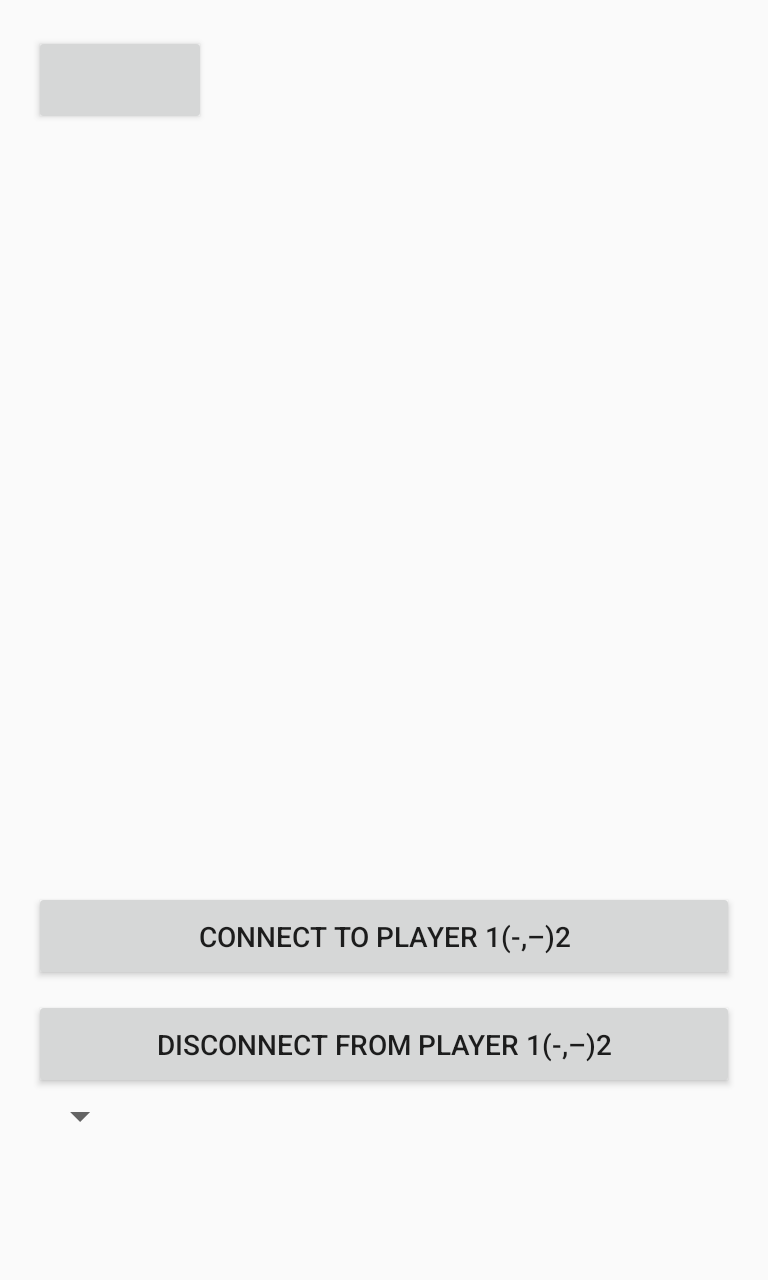
Repository: BananaGames/telecommProject
Layout: client/TelecommClient/res/layout/activity_main.xml
An editor plug-in stored every save of this project. The layout is shown before and after the next save, followed by the edit.
It is drawn on a 768 x 1280 px phone screen (xhdpi) without system bars, with theme AppTheme; the app's code is not run. Lists and similar views that code fills are empty.

Above is the layout before, as saved 2014-11-17 23:40:54.

After the next save:
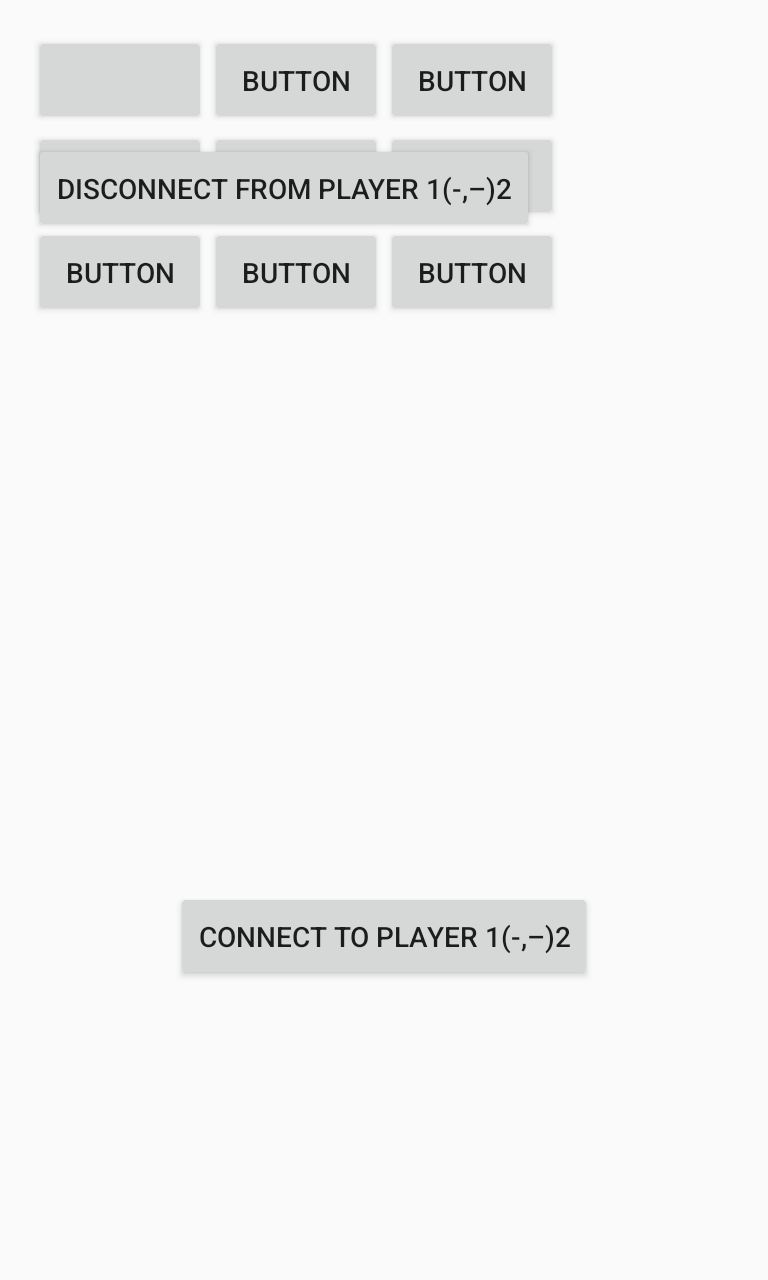
Saved 5 min 48 s later.
--- a/client/TelecommClient/res/layout/activity_main.xml
+++ b/client/TelecommClient/res/layout/activity_main.xml
@@ -8,28 +8,12 @@
     android:paddingTop="@dimen/activity_vertical_margin"
     tools:context="com.example.telecommclient.MainActivity" >
 
-    <GridView
-        android:id="@+id/gridView"
-        android:layout_width="match_parent"
+    <Button
+        android:id="@+id/buttonConnect"
+        android:layout_width="wrap_content"
         android:layout_height="wrap_content"
         android:layout_alignParentBottom="true"
         android:layout_centerHorizontal="true"
-        android:layout_marginBottom="200dp"
-        android:numColumns="3" >
-    </GridView>
-
-    <Button
-        android:id="@+id/buttonTopLeft"
-        android:layout_width="wrap_content"
-        android:layout_height="wrap_content" />
-
-    <Button
-        android:id="@+id/button1"
-        android:layout_width="wrap_content"
-        android:layout_height="wrap_content"
-        android:layout_alignLeft="@+id/gridView"
-        android:layout_alignParentBottom="true"
-        android:layout_alignRight="@+id/gridView"
         android:layout_marginBottom="132dp"
         android:text="@string/connect_string" />
 
@@ -50,4 +34,86 @@
         android:layout_alignLeft="@+id/button2"
         android:layout_below="@+id/button2" />
 
+    <TableLayout
+        android:layout_width="wrap_content"
+        android:layout_height="wrap_content"
+        android:layout_above="@+id/button1"
+        android:layout_alignParentLeft="true"
+        android:layout_marginBottom="156dp" >
+
+        <TableRow
+            android:id="@+id/tableRow1"
+            android:layout_width="wrap_content"
+            android:layout_height="wrap_content" >
+
+            <Button
+                android:id="@+id/buttonTopLeft"
+                android:layout_width="wrap_content"
+                android:layout_height="wrap_content" />
+
+            <Button
+                android:id="@+id/button4"
+                android:layout_width="wrap_content"
+                android:layout_height="wrap_content"
+                android:text="Button" />
+
+            <Button
+                android:id="@+id/button5"
+                android:layout_width="wrap_content"
+                android:layout_height="wrap_content"
+                android:text="Button" />
+
+        </TableRow>
+
+        <TableRow
+            android:id="@+id/tableRow2"
+            android:layout_width="wrap_content"
+            android:layout_height="wrap_content" >
+
+            <Button
+                android:id="@+id/button6"
+                android:layout_width="wrap_content"
+                android:layout_height="wrap_content"
+                android:text="Button" />
+
+            <Button
+                android:id="@+id/button7"
+                android:layout_width="wrap_content"
+                android:layout_height="wrap_content"
+                android:text="Button" />
+
+            <Button
+                android:id="@+id/button8"
+                android:layout_width="wrap_content"
+                android:layout_height="wrap_content"
+                android:text="Button" />
+
+        </TableRow>
+
+        <TableRow
+            android:id="@+id/tableRow3"
+            android:layout_width="wrap_content"
+            android:layout_height="wrap_content" >
+
+            <Button
+                android:id="@+id/button9"
+                android:layout_width="wrap_content"
+                android:layout_height="wrap_content"
+                android:text="Button" />
+
+            <Button
+                android:id="@+id/button10"
+                android:layout_width="wrap_content"
+                android:layout_height="wrap_content"
+                android:text="Button" />
+
+            <Button
+                android:id="@+id/button11"
+                android:layout_width="wrap_content"
+                android:layout_height="wrap_content"
+                android:text="Button" />
+
+        </TableRow>
+    </TableLayout>
+
 </RelativeLayout>
